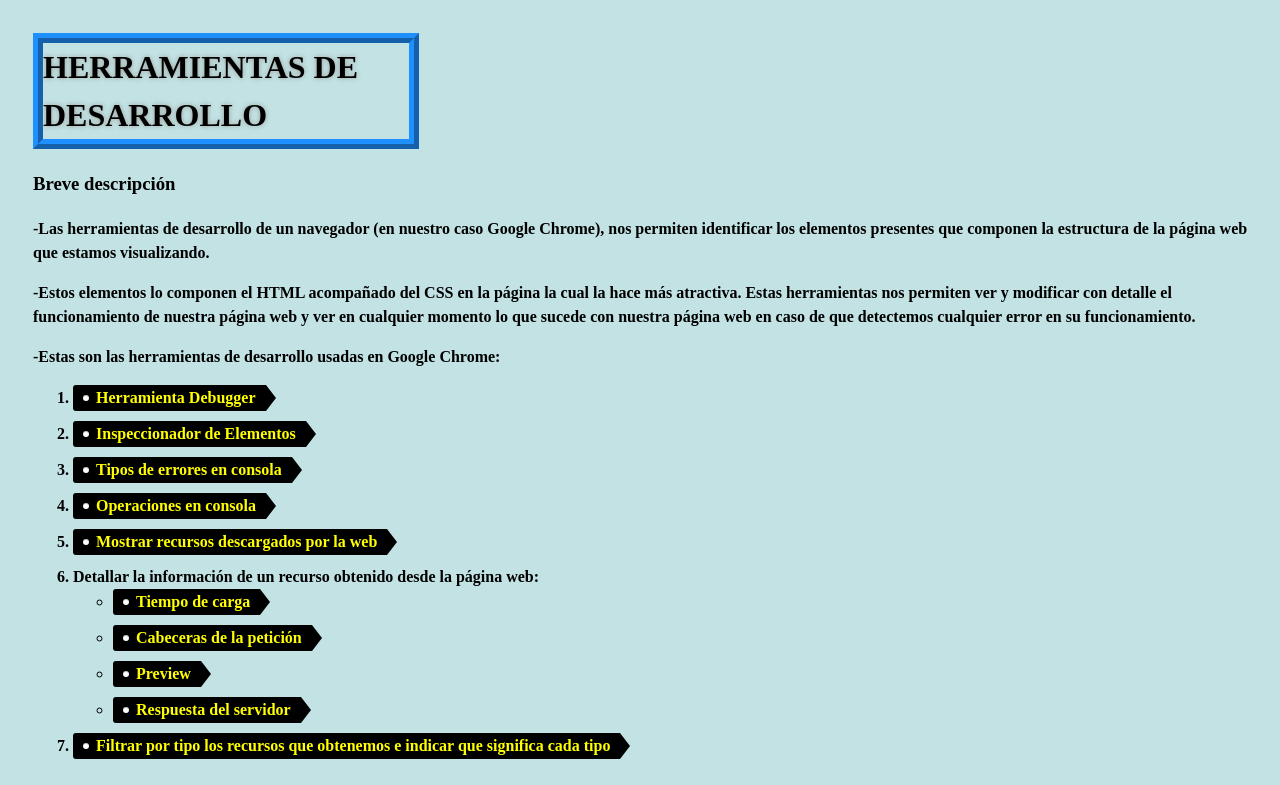
Repository: VictorinoBF97/HerramientasDesarollo
Page: indice.html
The author's editor kept a copy of each file at every save. The page is drawn from the files as they stood at one save, then again after the next save.
The browser window is 1280 px wide. The pictures show the whole page.

Above is the page before, as saved 2018-11-26 09:20:25.
Console error: SyntaxError: Unexpected token '{'

After the next save:
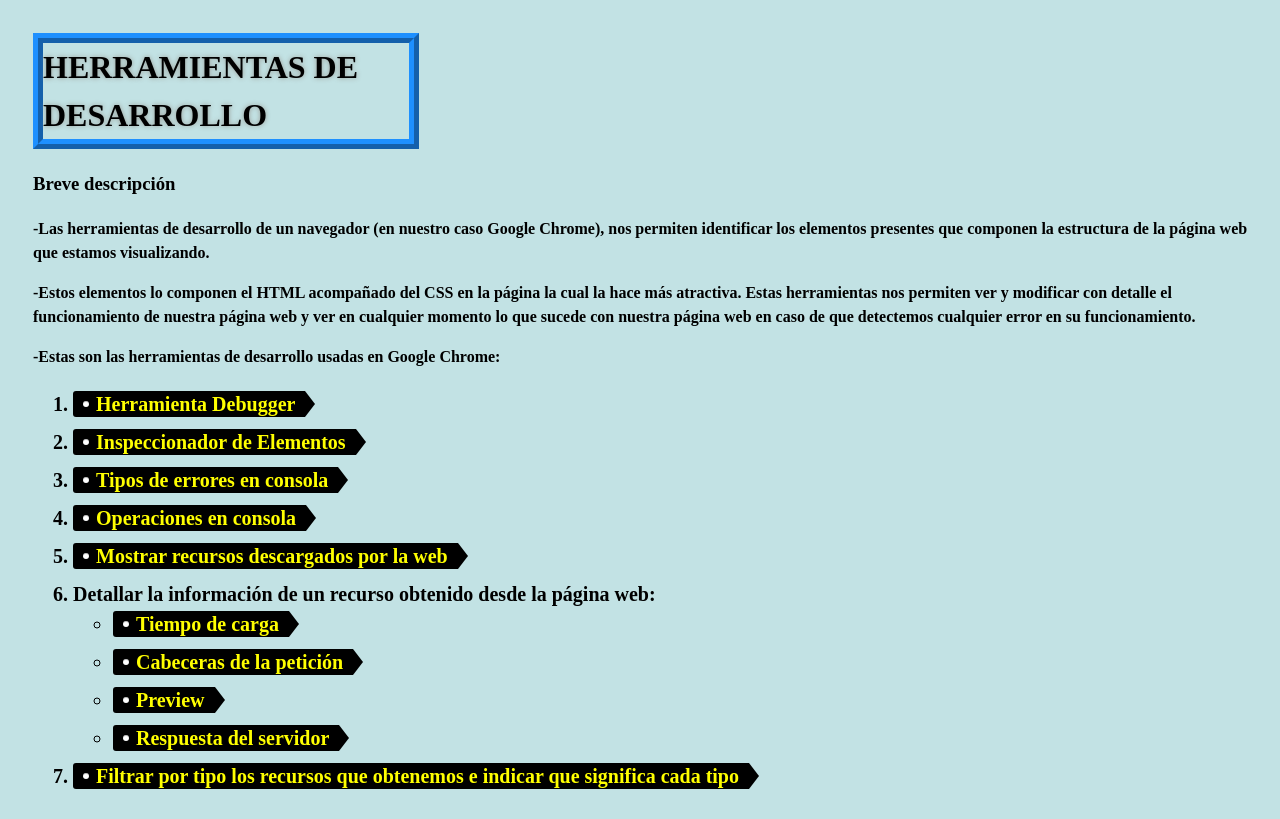
Saved 16 s later.
--- a/css/styles.css
+++ b/css/styles.css
@@ -17,7 +17,7 @@ body{
 }
 
 .indice{
-    font-size: 100%;
+    font-size: 125%;
 
 }
 a{
